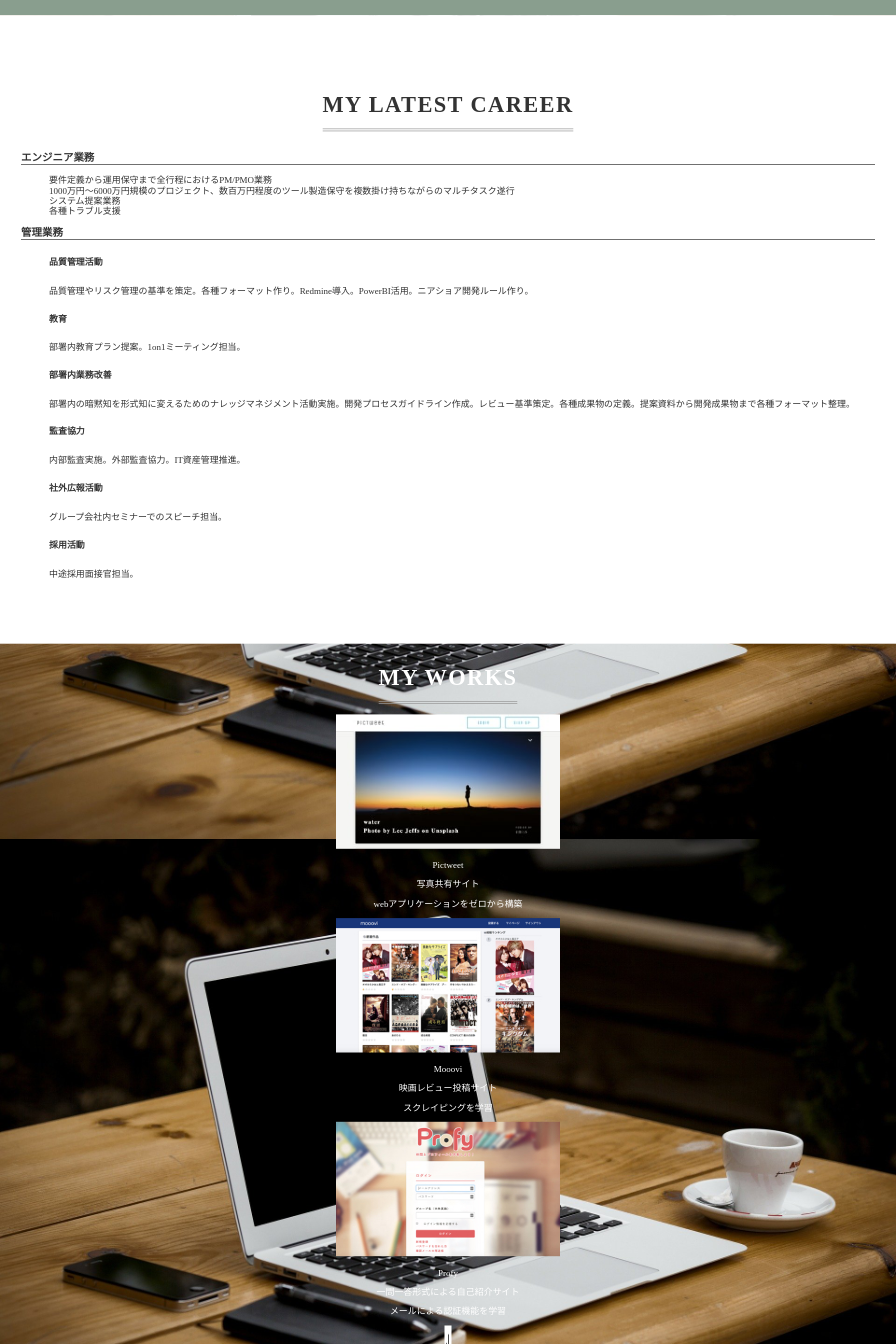
Repository: dackelteckel/myworks
Page: http://localhost/
The author's editor kept a record of every edit. The page is drawn from the files as they stood at one moment, then again after the next edit.
The browser window is 1280 px wide. The pictures show the part of the page from y = 1362 to 3282 px (the page is 3587 px tall before and 3314 px after), at 70% of full size.
Backgrounds fixed to the window are drawn as part of the page. The page is run by PHP 8.4 with error messages shown; the project is at /var/www/html/.

Above is the page before.

After the next edit:
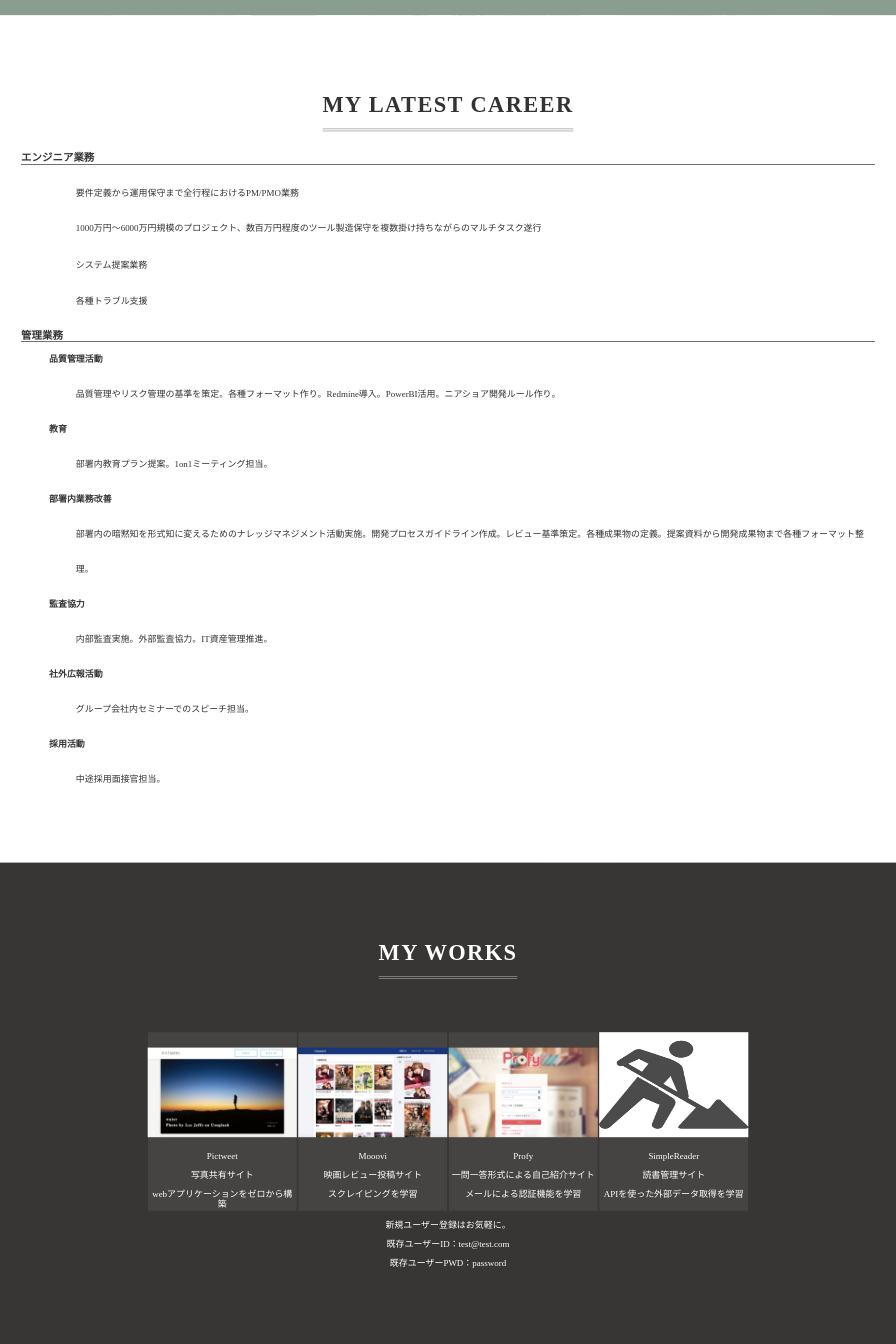
The edit:
--- a/style.css
+++ b/style.css
@@ -111,7 +111,8 @@
 }
 
 .career-text h4 {
-  line-height: 2.5;
+  /*line-height: 2;*/
+}
 
 .career-text li {
   padding-left: 3em;
